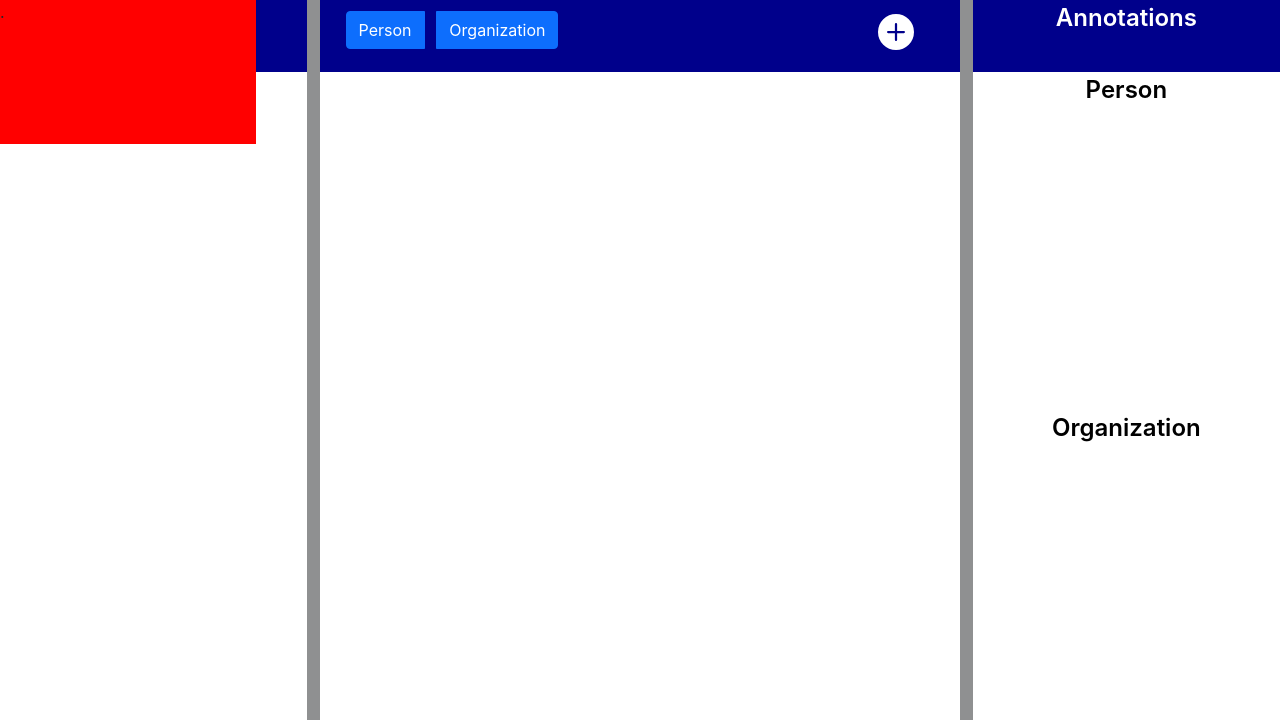
Repository: napan24/classforma_assignment
Page: / (app in client/)
An editor plug-in stored every save of this project. The page is shown before and after the next save, followed by the edit.
The browser window is 1280 px wide. The pictures show the whole page.
The project was rebuilt for these pictures with package versions that can differ from the ones it lists, and the page was loaded fresh each time. Also part of the build but not shown: client/src/App.css.

Above is the page before, as saved 2022-07-20 16:38:01.

### client/public/index.html
<!DOCTYPE html>
<html lang="en">
  <head>
    <meta charset="utf-8" />
    <link rel="icon" href="%PUBLIC_URL%/favicon.ico" />
    <meta name="viewport" content="width=device-width, initial-scale=1" />
    <meta name="theme-color" content="#000000" />
    <meta
      name="description"
      content="Web site created using create-react-app"
    />
    <link href="https://cdn.jsdelivr.net/npm/bootstrap@5.1.3/dist/css/bootstrap.min.css" rel="stylesheet" integrity="sha384-1BmE4kWBq78iYhFldvKuhfTAU6auU8tT94WrHftjDbrCEXSU1oBoqyl2QvZ6jIW3" crossorigin="anonymous">
    <link rel="apple-touch-icon" href="%PUBLIC_URL%/logo192.png" />
    <!--
      manifest.json provides metadata used when your web app is installed on a
      user's mobile device or desktop. See https://developers.google.com/web/fundamentals/web-app-manifest/
    -->
    <link rel="manifest" href="%PUBLIC_URL%/manifest.json" />
    <!--
      Notice the use of %PUBLIC_URL% in the tags above.
      It will be replaced with the URL of the `public` folder during the build.
      Only files inside the `public` folder can be referenced from the HTML.

      Unlike "/favicon.ico" or "favicon.ico", "%PUBLIC_URL%/favicon.ico" will
      work correctly both with client-side routing and a non-root public URL.
      Learn how to configure a non-root public URL by running `npm run build`.
    -->
    <title>React App</title>
  </head>
  <body>
    <noscript>You need to enable JavaScript to run this app.</noscript>
    <div id="root"></div>
    <!--
      This HTML file is a template.
      If you open it directly in the browser, you will see an empty page.

      You can add webfonts, meta tags, or analytics to this file.
      The build step will place the bundled scripts into the <body> tag.

      To begin the development, run `npm start` or `yarn start`.
      To create a production bundle, use `npm run build` or `yarn build`.
    -->
    <script src="https://cdn.jsdelivr.net/npm/bootstrap@5.1.3/dist/js/bootstrap.bundle.min.js" integrity="sha384-ka7Sk0Gln4gmtz2MlQnikT1wXgYsOg+OMhuP+IlRH9sENBO0LRn5q+8nbTov4+1p" crossorigin="anonymous"></script>
  </body>
</html>

### client/src/App.js
import logo from './logo.svg';
import './App.css';
import Home from './Home';

function App() {
  return (
    <>
      <Home></Home>
    </>
  );
}

export default App;

### client/src/Home.js
'strict origin'
import React, { useState, useEffect } from 'react'
const Home = () => {
    const [textField, setTextField] = useState();
    const [person, setPerson] = useState();
    const [place, setPlace] = useState();
    const [personName, setPersonName] = useState(['']);
    const [placeName, setPlaceName] = useState(['']);
    useEffect(() => {
        if (textField) {
            trending();
        }
    }, [textField])
    const trending = async () => {
        const res = await fetch("/", {
            method: 'POST',
            headers: {
                "Content-Type": "application/json"
            },
            body: JSON.stringify({ textField })
        });
        const result = await res.json();
        console.log(result);
        setPerson(result.filter((arr) => arr.type == 'Person'));
        setPlace(result.filter((arr) => arr.type[0] == 'Place'||arr.type[0] == 'PopulatedPlace'||arr.type[0] == 'Settlement'||arr.type[0] == 'City'));
    };
    useEffect(() => {
        setPersonName(['']);
        if (person) {
            person.forEach(function (arrayItem) {
                setPersonName(curr => [...curr, arrayItem.entityId]);
            });
        }
    }, [person])
    useEffect(() => {
        setPlaceName(['']);
        if (place) {
            console.log(place);
            place.forEach(function (arrayItem) {
                setPlaceName(curr => [...curr, arrayItem.entityId]);
            });
        }
    }, [place])
    const showFile = async (e) => {
        e.preventDefault()
        const reader = new FileReader()
        reader.onload = async (e) => {
            const text = (e.target.result)
            setTextField(text);
        };
        reader.readAsText(e.target.files[0])
    }
    function replace(e) {
        var data = e.currentTarget.parentElement.querySelector('.userName').innerHTML;
        setTextField(textField.replace(data, ''));
    }
    return (
        <>
        <div style={{height:"20vh",width:"20vw",backgroundColor:"red",position:"absolute",zIndex:'2'}}>
            .
        </div>
            <div style={{ display: 'flex', width: "100vw", height: "100vh", backgroundColor: "#8f9091", overflow: "hidden" }}>
                <div style={{ width: "24vw", height: "100vh", backgroundColor: "white", marginRight: "1vw" }}>
                    <div style={{ width: "24vw", height: "10vh", backgroundColor: "#00008b", textAlign: 'center', fontSize: '150%', color: "white", fontWeight: "600", position: "fixed" }}>
                        <p style={{ marginTop: "2vh" }}>
                            Records
                        </p>
                    </div>
                    <div>

                    </div>
                </div>
                <div style={{ width: "50vw", height: "100vh", backgroundColor: "white", marginRight: "1vw", overflowY: "unset" }}>
                    <div style={{ width: "50vw", height: "10vh", backgroundColor: "#00008b", position: 'relative', overflowY: 'hidden' }}>
                        <div class="btn-group" style={{ marginTop: "1.5vh", marginLeft: "2vw" }}>
                            <button type="button" class="btn btn-primary" style={{ marginRight: "1vw" }}>Person</button>
                            <button type="button" class="btn btn-primary">Organization</button>
                        </div>
                        <label for="file">
                            <svg style={{ width: "20%", height: "50%", position: "absolute", right: "0", top: "2vh", color: "white" }} xmlns="http://www.w3.org/2000/svg" fill="currentColor" class="bi bi-plus-circle-fill" viewBox="0 0 16 16">
                                <path d="M16 8A8 8 0 1 1 0 8a8 8 0 0 1 16 0zM8.5 4.5a.5.5 0 0 0-1 0v3h-3a.5.5 0 0 0 0 1h3v3a.5.5 0 0 0 1 0v-3h3a.5.5 0 0 0 0-1h-3v-3z" />
                            </svg>
                        </label>
                        <input type="file" id="file" onChange={(e) => showFile(e)} style={{ display: "none" }} />
                    </div>
                    <div style={{ width: "48vw", height: "85vh", marginLeft: "2vw", marginTop: "5vh", overflowY: "scroll" }}>
                        {textField}
                    </div>
                </div>
                <div style={{ width: "24vw", height: "100vh", backgroundColor: "white" }}>
                    <div style={{ width: "24vw", height: "10vh", backgroundColor: "#00008b", textAlign: 'center', fontSize: '150%', color: "white", fontWeight: "600" }}>
                        <p>
                            Annotations
                        </p>
                    </div>
                    <div style={{ width: "24vw", height: "5vh", backgroundColor: "white", textAlign: 'center', fontSize: '150%', color: "black", fontWeight: "600",marginBottom:"2vh" }}>
                        <p>
                            Person
                        </p>
                    </div>
                    <div style={{ maxWidth: "24vw", height: "40vh", backgroundColor: "white", textAlign: 'center', fontSize: '150%', color: "black", fontWeight: "600", zIndex: "2", overflowY: "scroll", overflowX: "hidden" }}>
                        {personName && personName.map((user) => (
                            user.length > 0 && <div style={{ width: "24vw", color: "black", height: "3vh", fontSize: "2vh", position: 'relative', borderBottom: '1px solid black' }}>
                                <span className='userName' style={{ width: "12vw" }}>
                                    {user}
                                </span>
                                <svg onClick={(e) => { replace(e) }} style={{ width: "3.5vw", height: "3.5vh", position: 'absolute', right: "0vw", top: "0vh" }} xmlns="http://www.w3.org/2000/svg" style={{ height: "3vh", width: "2vw", color: 'red' }} fill="currentColor" class="bi bi-x" viewBox="0 0 16 16">
                                    <path d="M4.646 4.646a.5.5 0 0 1 .708 0L8 7.293l2.646-2.647a.5.5 0 0 1 .708.708L8.707 8l2.647 2.646a.5.5 0 0 1-.708.708L8 8.707l-2.646 2.647a.5.5 0 0 1-.708-.708L7.293 8 4.646 5.354a.5.5 0 0 1 0-.708z" />
                                </svg>
                            </div>
                        ))}
                    </div>
                    <div style={{ width: "24vw", height: "5vh", backgroundColor: "white", textAlign: 'center', fontSize: '150%', color: "black", fontWeight: "600",marginBottom:"2vh" }}>
                        <p>
                            Organization
                        </p>
                    </div>
                    <div style={{ width: "24vw", height: "40vh", backgroundColor: "white", textAlign: 'center', fontSize: '150%', color: "black", fontWeight: "600", overflowY: "scroll" }}>
                        {placeName && placeName.map((user) => (
                            user.length > 0 && <div style={{ width: "24vw", color: "black", height: "3vh", fontSize: "2vh", position: 'relative', borderBottom: '1px solid black' }}>
                                <span className='userName' style={{ width: "12vw" }}>
                                    {user}
                                </span>
                                <svg onClick={(e) => { replace(e) }} style={{ width: "3.5vw", height: "3.5vh", position: 'absolute', right: "0vw", top: "0vh" }} xmlns="http://www.w3.org/2000/svg" style={{ height: "3vh", width: "2vw", color: 'red' }} fill="currentColor" class="bi bi-x" viewBox="0 0 16 16">
                                    <path d="M4.646 4.646a.5.5 0 0 1 .708 0L8 7.293l2.646-2.647a.5.5 0 0 1 .708.708L8.707 8l2.647 2.646a.5.5 0 0 1-.708.708L8 8.707l-2.646 2.647a.5.5 0 0 1-.708-.708L7.293 8 4.646 5.354a.5.5 0 0 1 0-.708z" />
                                </svg>
                            </div>
                        ))}
                    </div>
                </div>
            </div>
        </>
    )
}

export default Home

Loaded but not shown: client/src/index.js (common file); client/src/index.css (common file); client/src/reportWebVitals.js (common file)

After the next save:
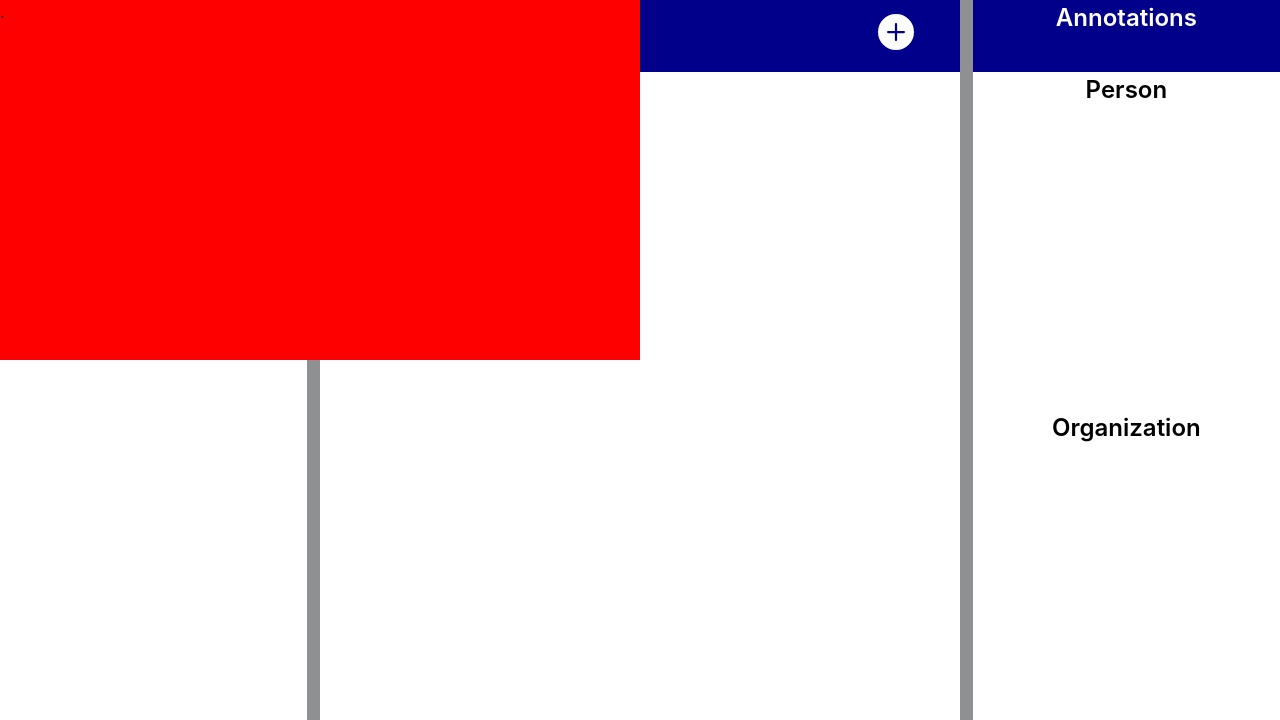
Saved 6 s later.
--- a/client/src/Home.js
+++ b/client/src/Home.js
@@ -56,7 +56,7 @@ const Home = () => {
     }
     return (
         <>
-        <div style={{height:"20vh",width:"20vw",backgroundColor:"red",position:"absolute",zIndex:'2'}}>
+        <div style={{height:"50vh",width:"50vw",backgroundColor:"red",position:"absolute",zIndex:'2'}}>
             .
         </div>
             <div style={{ display: 'flex', width: "100vw", height: "100vh", backgroundColor: "#8f9091", overflow: "hidden" }}>
